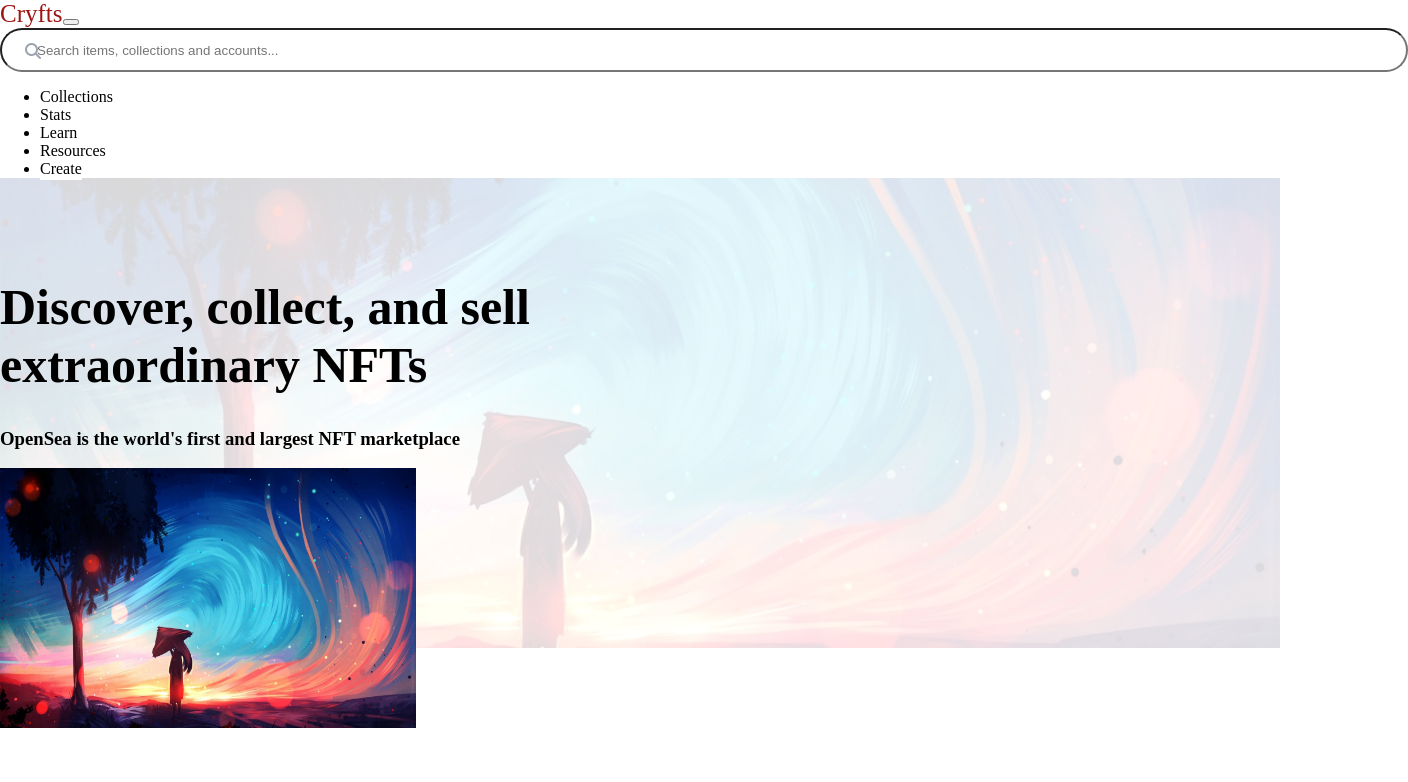
Repository: Huzaifa-2609/opensea_project
Page: /
The author's editor kept a copy of each file at every save. The page is drawn from the files as they stood at one save, then again after the next save.
The browser window is 1280 px wide. The page is 1408 px wide, so the pictures cover 1408 px, including what lies to the right of the window. The pictures show the whole page.
Some web libraries are served in a nearby version. The project was rebuilt for these pictures with package versions that can differ from the ones it lists, and the page was loaded fresh each time. The framework's server and built-in components were replaced by stand-ins that run in the browser. Also part of the build but not shown: next.config.js, styles/Home.module.css.

Above is the page before, as saved 2022-07-09 18:49:36.

### pages/_app.js
import Navbar from '../components/Navbar'
import '../styles/globals.css'
import Head from "next/head"
import Script from 'next/script'
import "../styles/hero.css"
function MyApp({ Component, pageProps }) {
  return(
    <>
    <Script src="https://kit.fontawesome.com/30bda3e318.js" crossorigin="anonymous"></Script>
    <Script src="https://cdn.jsdelivr.net/npm/bootstrap@5.2.0-beta1/dist/js/bootstrap.bundle.min.js" integrity="sha384-pprn3073KE6tl6bjs2QrFaJGz5/SUsLqktiwsUTF55Jfv3qYSDhgCecCxMW52nD2" crossOrigin="anonymous"></Script>
    <Navbar title={"Cryfts"}/>
  <Component {...pageProps} />
  </>
  )
}

export default MyApp

### pages/_document.js
import { Html, Head, Main, NextScript } from 'next/document'

export default function Document() {
  return (
    <Html>
      <Head>
      <link href="https://cdn.jsdelivr.net/npm/bootstrap@5.2.0-beta1/dist/css/bootstrap.min.css" rel="stylesheet" integrity="sha384-0evHe/X+R7YkIZDRvuzKMRqM+OrBnVFBL6DOitfPri4tjfHxaWutUpFmBp4vmVor" crossOrigin="anonymous"/>
      </Head>
      <body>
        <Main />
        <NextScript />
      </body>
    </Html>
  )
}

### pages/index.js
import Head from 'next/head'
import Image from 'next/image'
import Hero from '../components/Hero'
import styles from '../styles/Home.module.css'

export default function Home() {
  return (
    <>
    <div>
      <Head>
        <title>Create Next App</title>
        <meta name="description" content="Generated by create next app" />
        <link rel="icon" href="/favicon.ico" />
      </Head>
         </div>
      <Hero/>
      </>
  )
}

### components/Navbar.js
import React from 'react'
import Link from 'next/link'
import { useRouter } from 'next/router'
const Navbar = (props) => {
  const location=useRouter();
  return (
    <div>
      <nav className="navbar shadow-sm fixed-top navbar-expand-lg navbar-light">
  <div className="container-fluid">
    <a className="navbar-brand text-color fw-bolder ml-2" href="/">{props.title}</a>
    <button className="navbar-toggler" type="button" data-bs-toggle="collapse" data-bs-target="#navbarSupportedContent" aria-controls="navbarSupportedContent" aria-expanded="false" aria-label="Toggle navigation">
      <span className="navbar-toggler-icon"></span>
    </button>

    <div className="collapse navbar-collapse" style={{width:"50%"}} id="navbarSupportedContent">

            <div className="row height d-flex justify-content-center align-items-center">

                <div className="form">
                  <i className="fa fa-search"></i>
                  <input type="text" className="form-control form-input" placeholder="Search items, collections and accounts..."/>
                </div>

            </div>


      <ul className="navbar-nav gap-4 m-auto mb-2 mb-lg-0 fw-bold" style={location.pathname==="/signup"?{visibility:"hidden"}:{}}>
      <li className="nav-item">
          <Link href="/collections/0x7132e1d414161A232c2027aE6C66D7914649bA66"><a className="nav-link " aria-current="page" >Collections</a></Link>
        </li>
        <li className="nav-item">
          <Link href="/"><a className="nav-link" aria-current="page" >Stats</a></Link>
        </li>
        <li className="nav-item">
          <Link href="/"><a className="nav-link " >Learn</a></Link>
        </li>

        <li className="nav-item dropdown">
          <Link href="/"><a className="nav-link dropdown-toggle pe-none"  id="navbarDropdown" role="button" data-bs-toggle="dropdown" aria-expanded="false">
            Resources
          </a></Link>
          <ul className="dropdown-menu" aria-labelledby="navbarDropdown">
            <li><Link href="/"><a className="dropdown-item" >Action</a></Link></li>
            <li><Link href="/"><a className="dropdown-item" >Another action</a></Link></li>
            <li><hr className="dropdown-divider"/></li>
            <li><Link href="/"><a className="dropdown-item" >Something else here</a></Link></li>
          </ul>
        </li>
        <li className="nav-item">
          <Link  href="/"><a className="nav-link">Create</a></Link>
        </li>
      </ul >
      {/* <form className="d-flex" role="search">
        <ul className="navbar-nav gap-3 media" style={location.pathname==="/signup"?{display:"none"}:{}}>
      <li className="nav-item float-right">
          <Link href="/login"><a className="nav-link"  >Sign in</a></Link>
    </li>
      <li className="nav-item mx-2">
    <Link href='/signup'><a className="btn btn1 btn-primary bd-color bg-color"  style={location.pathname==="/signup"?{display:"none"}:{}} type="submit">Get Started</a></Link>
    </li>
        </ul>
      </form> */}
    </div>
  </div>
</nav>
    </div>
  )
}

export default Navbar

### styles/globals.css
:root {
  --light: #9f1313;
  --dark: #8d1212;
}
html,
body {
  padding: 0;
  margin: 0;
  /* font-family: -apple-system, BlinkMacSystemFont, Segoe UI, Roboto, Oxygen,
    Ubuntu, Cantarell, Fira Sans, Droid Sans, Helvetica Neue, sans-serif; */
}

a {
  color: inherit;
  text-decoration: none;
}

* {
  box-sizing: border-box;
}
@media all and (min-width: 992px) {
  .navbar .nav-item .dropdown-menu{ display: none; }
  .navbar .nav-item .nav-link{ border-bottom:3px solid white;  }
  .navbar .nav-item:hover .nav-link{ border-bottom:3px solid var(--light);  }
  .navbar .nav-item:hover .dropdown-menu{ display: block; }
  .navbar .nav-item .dropdown-menu{ margin-top:0; }


}
@media all and (max-width: 992px){
  .pic{display: none;}
  .signup-cls{   margin-top: 15% !important;}
  .signin-cls .card{border:none; box-shadow: none !important;}
  .media{display: none;}
  .empass{flex-direction: column ;}
}

nav {
  /* border-bottom:1px solid #ede4e4; */
  background-color: white;
}
.comp1{
  width: 22rem;
  border: none;

}
.comp{
  margin: 90px 0px;
}
.text-color{
  color: var(--dark);
}
.bg-color{
  background-color: var(--dark);
}
.btn1:hover{
  background-color: var(--light);
  border-color: var(--dark);

}
.bd-color{
  border-color: var(--dark);
}
.navbar-light .navbar-brand{
  color: var(--dark);
}
.navbar-light .navbar-brand:hover{
  color: var(--light);
}
.navbar-brand{
  font-size: 25px;
}
.link-hover :hover{
  color: var(--dark);
}
.form-check-label-color{
  color: var(--dark);
}
.form-outline{
  width: 75%!important;
}
.form-control:focus {
  border-color: #ced4da;
  box-shadow: none!important;
}

/* Navbar search css */
.form{
  position: relative;

}

.form .fa-search{

  position: absolute;
  top:15px;
  left: 25px;
  color: #9ca3af;

}

.form span{

  position: absolute;
  right: 17px;
  top: 13px;
  padding: 2px;
  border-left: 1px solid #d1d5db;

}

.left-pan{
  padding-left: 7px;
}

.left-pan i{

 padding-left: 10px;
}

.form-input{
  width: 220%;
  height: 44px;
  text-indent: 33px;
  border-radius: 40px;
}

.form-input:focus{

  box-shadow: none;
  border:none;
}

### styles/hero.css
/* .body{
} */
/* .bg{
    background: url("../public/nftbg.jpg") no-repeat center center/cover;
} */
.bg::before{
    content: "";
    background:url("../public/nftbg.jpg") no-repeat center center/cover;
    position: absolute;
    height:90%;
    width:100%;
    z-index: -1;
    opacity: 0.15;
    top: 0px;
    left: 0px;
}

### components/Hero.js
import React from "react";
import Image from "next/image";
import img from "../public/nftbg.jpg";

const Hero = () => {
  const style = {
    background: img,
    marginTop: "100px",
    height:"70vh"
  };
  return (
    <>
      <div className="container d-flex justify-content-between bg align-items-center " style={style}>
        <div className="card mb-3 border-0 bg-transparent" style={{ width: "34rem"}}>
          <div className="card-body">
            <h1 className="card-title " style={{fontSize:"50px"}}>Discover, collect, and sell extraordinary NFTs</h1>
            <h3 className="card-subtitle text-muted mt-3 fs-2" >
            OpenSea is the world's first and largest NFT marketplace
            </h3>
          </div>
        </div>
        <div className="card mb-3 border-0 " style={{ width: "26rem"}}>
          <Image src={img} className="card-img-top" alt="..." />
          {/* <div className="card-body">
            <h1 className="card-title">Discover, collect, and sell extraordinary NFTs</h1>
            <h3 className="card-subtitle text-muted mt-3">
            OpenSea is the world's first and largest NFT marketplace
            </h3>
          </div> */}
        </div>
      </div>
    </>
  );
};

export default Hero;

After the next save:
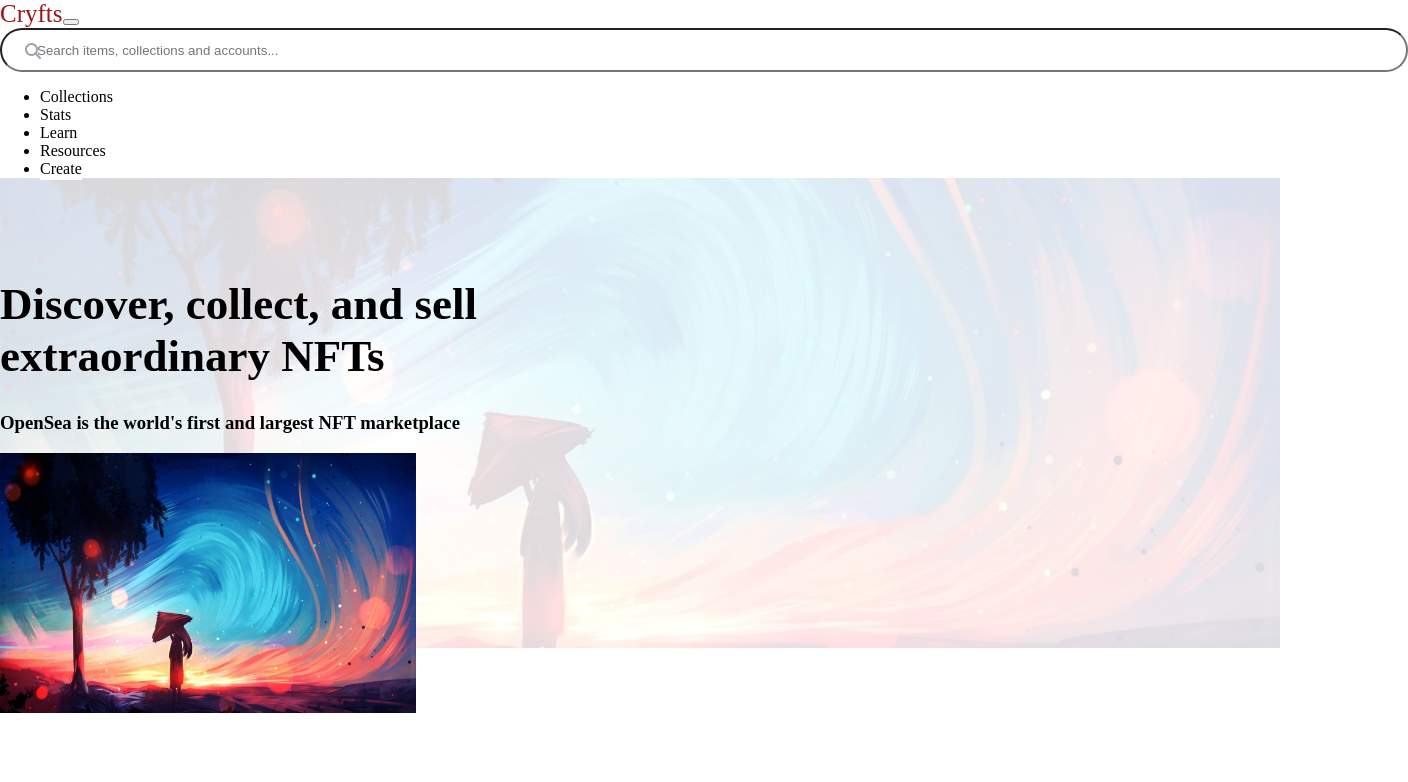
Saved 2 min 10 s later.
--- a/components/Hero.js
+++ b/components/Hero.js
@@ -13,7 +13,7 @@
       <div className="container d-flex justify-content-between bg align-items-center " style={style}>
         <div className="card mb-3 border-0 bg-transparent" style={{ width: "34rem"}}>
           <div className="card-body">
-            <h1 className="card-title " style={{fontSize:"50px"}}>Discover, collect, and sell extraordinary NFTs</h1>
+            <h1 className="card-title " style={{fontSize:"45px"}}>Discover, collect, and sell extraordinary NFTs</h1>
             <h3 className="card-subtitle text-muted mt-3 fs-2" >
             OpenSea is the world's first and largest NFT marketplace
             </h3>
